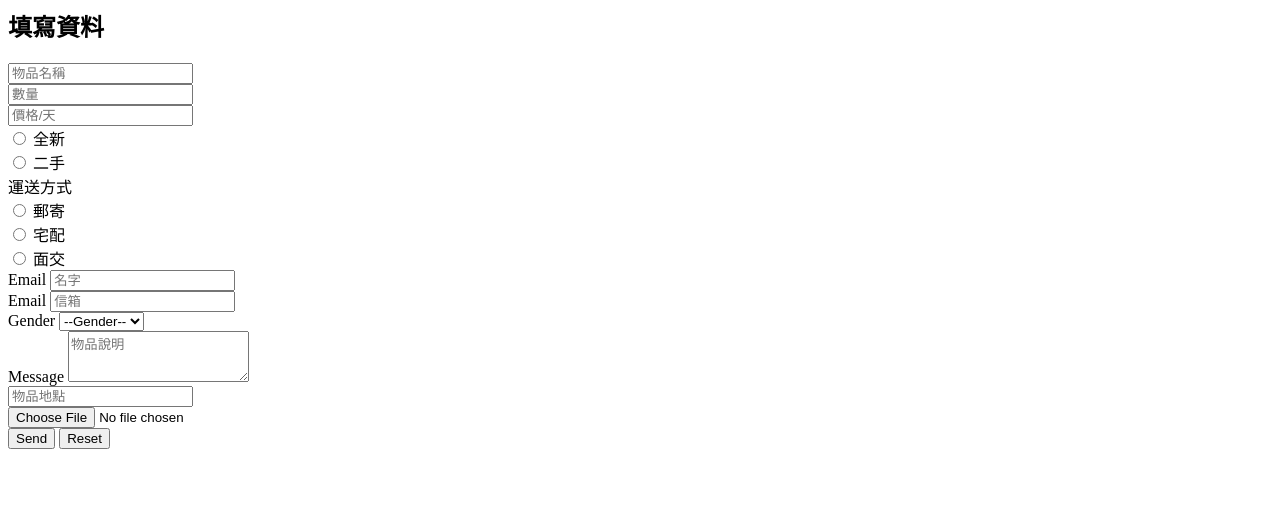
Repository: suwenyu/Borrow_and_Land
Page: post.html
The author's editor kept a record of every edit. The page is drawn from the files as they stood at one moment, then again after the next edit.
The browser window is 1280 px wide. The pictures show the whole page.

Above is the page before.

After the next edit:
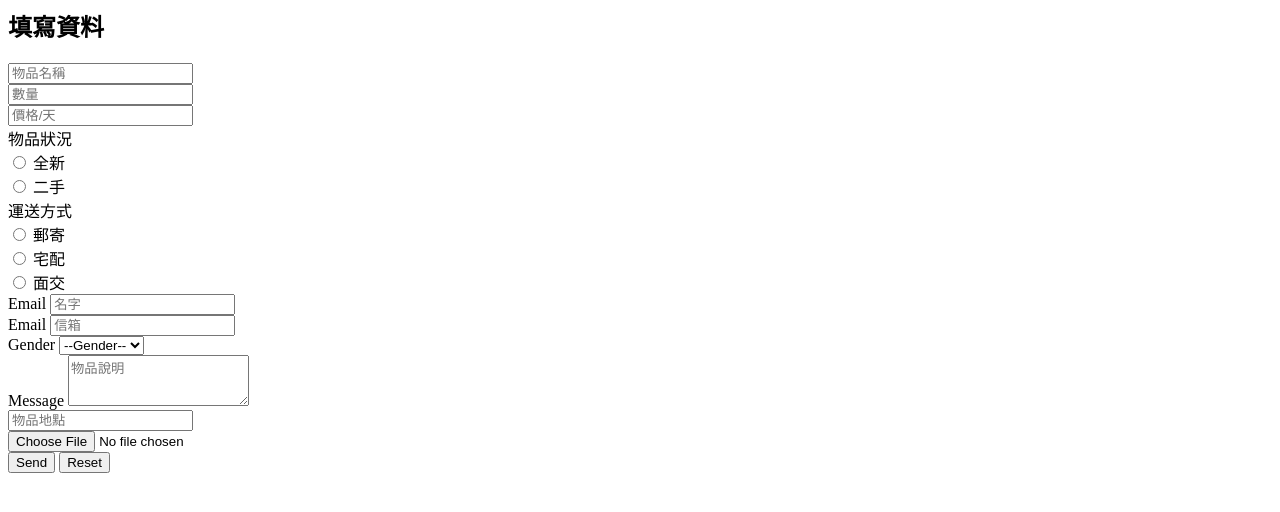
The edit:
--- a/post.html
+++ b/post.html
@@ -29,7 +29,7 @@
 				    <div class="col-md-12">
 				        <div class="form-group">
 				            <div class="col-md-6">
-
+				                物品狀況
 				            </div>
 				            <div class="col-md-6">
 				                <div class="col-md-6">
